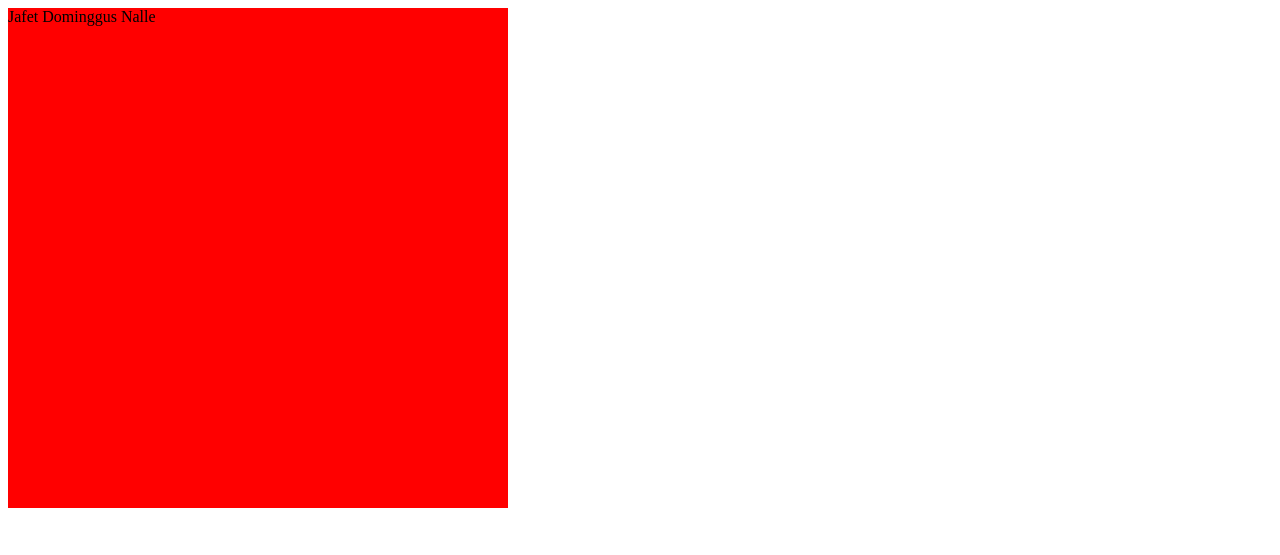
Repository: jafetdn73/portofolio
Page: index.html
An editor plug-in stored every save of this project. The page is shown before and after the next save, followed by the edit.
The browser window is 1280 px wide. The pictures show the whole page.

Above is the page before, as saved 2022-02-21 09:13:31.

After the next save:
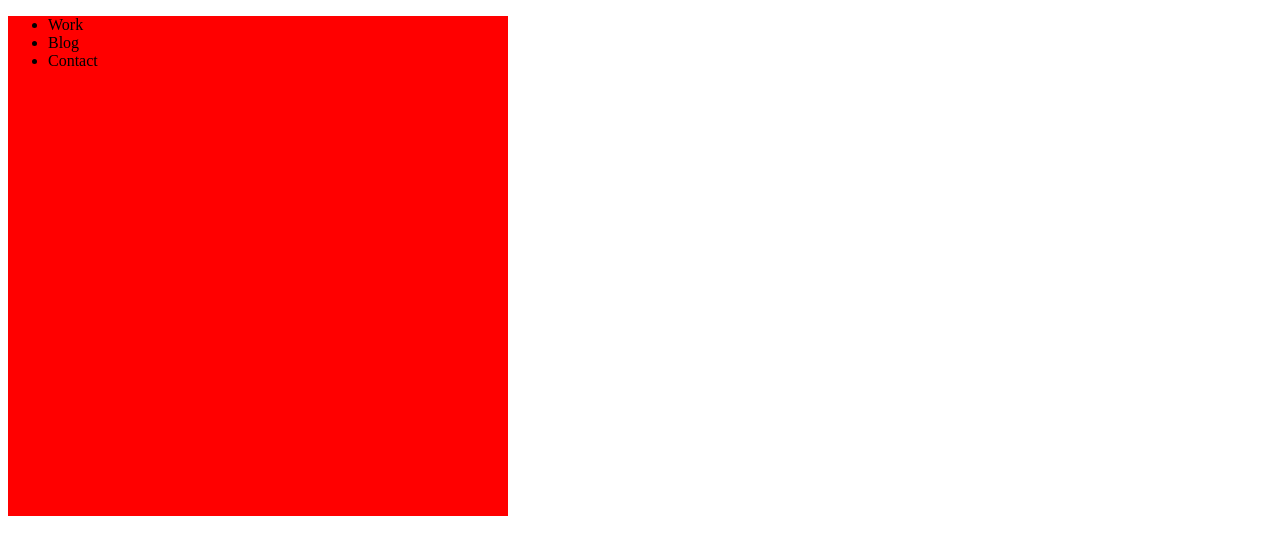
Saved 11 min 59 s later.
--- a/index.html
+++ b/index.html
@@ -9,7 +9,19 @@
 </head>
 <body>
     <div class="container">
-        Jafet Dominggus Nalle
+        <div class="menu-bar">
+            <ul>
+                <li>
+                    Work
+                </li>
+                <li>
+                    Blog
+                </li>
+                <li>
+                    Contact
+                </li>
+            </ul>
+        </div>
     </div>
 </body>
 </html>
